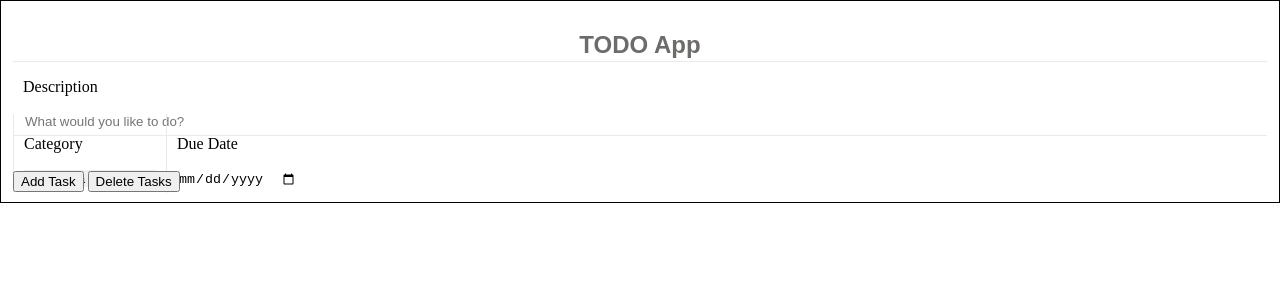
Repository: king-slayer97/TODO-App
Page: http://localhost/
These files come from the project's save history. The page is drawn as it stood at one moment and after the next save; the edit follows.
The browser window is 1280 px wide. The pictures show the whole page.
The page is served by the project's Node server (index.js). Other server files are loaded and not shown.

Above is the page before, as saved 2022-08-15 17:13:47.

### views/home.ejs
<!DOCTYPE html>
<html lang="en">

<head>
    <meta charset="UTF-8">
    <meta http-equiv="X-UA-Compatible" content="IE=edge">
    <meta name="viewport" content="width=device-width, initial-scale=1.0">
    <title>TODO App</title>
    <link rel="stylesheet" href="/css/home.css">
</head>

<body>
    <div class="wrapper">
        <div class="heading">
            <h2>TODO App</h2>
        </div>
        <div class="description-wrapper">
            <div class="description">
                <p>Description</p>
                <input type="text" placeholder="What would you like to do?">
            </div>
        </div>
        <div class="section2">
            <div class="category">
                <p>Category</p>
                <select>
                    <option selected disabled>Choose a category</option>
                    <option value="Personal">Personal</option>
                    <option value="Work">Work</option>
                    <option value="School">School</option>
                    <option value="Cleaning">Cleaning</option>
                    <option value="Other">Other</option>
                </select>
            </div>
            <div class="date">
                <p>Due Date</p>
                <input type="date" placeholder="dd/mm/yyyy">
            </div>
        </div>
        <div class="buttons">
            <button>Add Task</button>
            <button>Delete Tasks</button>
        </div>
    </div>
</body>

</html>

### index.js
const express = require('express');
const PORT = 3000;
const app = express();

//setup view engine
app.set('view engine', 'ejs');
app.set('views','./views');
app.use(express.static('assets'));

//importing routes
const router = require('./routes');
app.use('/',router);

//Listening on port 3000
app.listen(PORT, function(err){
    if(err) {
        console.log(`Error: ${err}`);
    }
    else{
        console.log(`Listening on port ${PORT}`);
    }
});

### controllers/home_controller.js
module.exports.homePage = function(req, res){
    res.render('home',{title: "TODO App"});
};

### assets/css/home.css
body{
    margin: 0;
}

.wrapper{
    border: 1px solid black;
    padding: 10px 12px;
}

.heading{
    text-align: center;
    border-bottom: 1px solid #eaeaea;
    height: 30px;
    /* display: flex;
    align-items: center;
    justify-content: center; */
}

.heading h2{
    color: #6e6c6b;
    font-family: Arial, Helvetica, sans-serif;
    /* font-style: inherit; */
}

.description-wrapper{
    border-bottom: 1px solid #eaeaea;

}

.description{
    /* display: flex;
    flex-direction:column;
    justify-content: flex-start; */
    /* background-color: yellow; */
    padding:0px 10px;
    padding-bottom: 5px;
}

.description p{
    height: 100%;
    /* background-color: pink; */
}
/*
.description input[type="text"]{
    border-style: none;
    text-align: left;
} */

.section2{
    display: flex;
    align-items: center;
    justify-content: flex-start;
    height: 35px;
}

.category,.date{
    /* height: 100%; */
    padding: 5px 10px;
}

/* .date{

} */

.category select,.description input[type="text"],.date input[type="date"]{
    border: none;
    outline: 0px;
}

.section2 .date,.section2 .category{
    border-left: 1px solid #eaeaea;
}

After the next save:
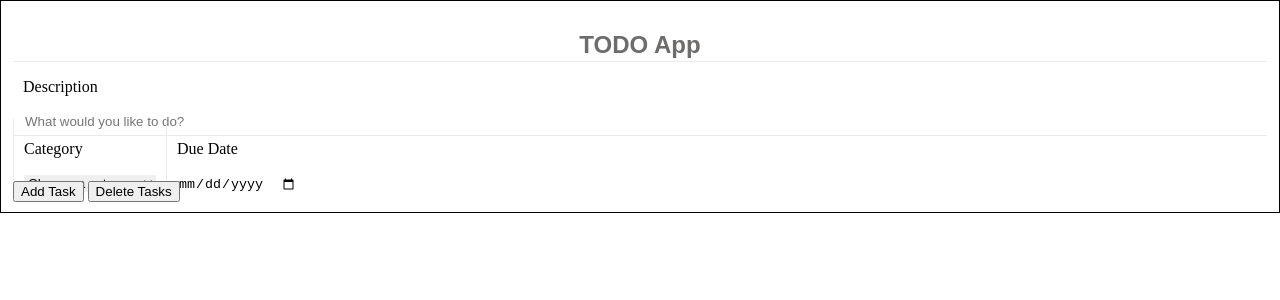
Saved 35 s later.
--- a/assets/css/home.css
+++ b/assets/css/home.css
@@ -50,7 +50,7 @@ body{
     display: flex;
     align-items: center;
     justify-content: flex-start;
-    height: 35px;
+    height: 45px;
 }
 
 .category,.date{
